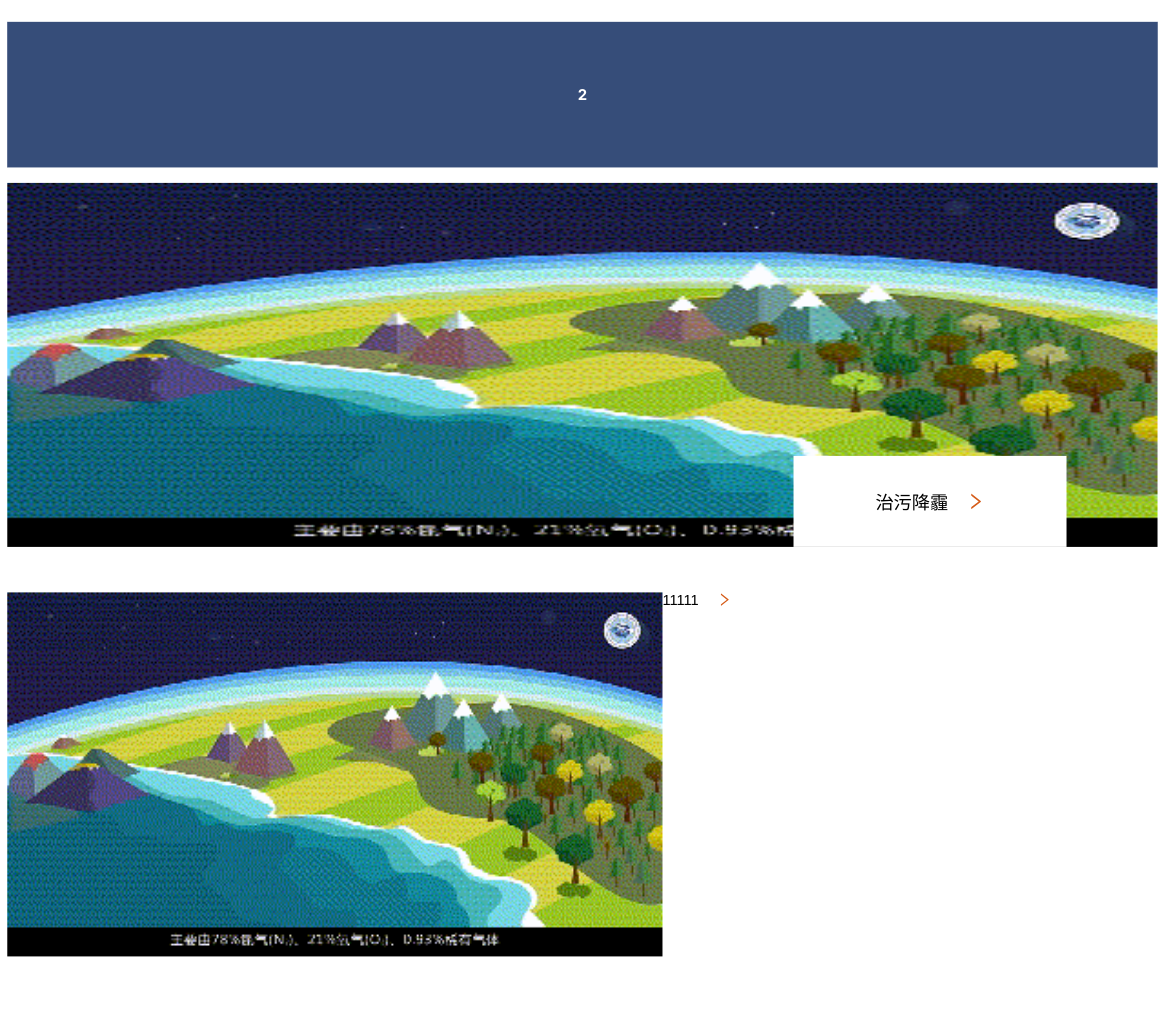
Repository: samllbin/summerWeb
Page: /
These files come from the project's save history. The page is drawn as it stood at one moment and after the next save; the edit follows.
The browser window is 1280 px wide. The pictures show the whole page, at 91% of full size.
The project was rebuilt for these pictures with package versions that can differ from the ones it lists, and the page was loaded fresh each time. Also part of the build but not shown: vite.config.js, components/menu/config.js, components/menu/MenuTab.jsx, components/content/index.module.css, components/content/index.jsx.

Above is the page before, as saved 2024-07-22 15:58:24.

### src/App.jsx
import React, { useState } from "react";
import style from "./assets/index.module.css";
import Carousel from "@components/carousel/index";
import MenuTab from "@components/menu/MenuTab";
import Content from "@components/content";
import Article from "@components/article";

export default function App() {
  const [current, setCurrent] = useState("1");
  return (
    <div>
      <Carousel />
      <div className={style.layout}>
        {/* <MenuTab setCurrent={setCurrent} current={current} /> */}
        {/* <Content /> */}
        <Article type={"all"} />
        <Article type={"right"} />
      </div>
    </div>
  );
}

### src/assets/index.module.css
.layout {
  display: flex;
  flex-direction: column;
}

### components/carousel/index.jsx
import React from "react";
import { Carousel } from "antd";
import style from "./index.module.css";

export default function carousel() {
  return (
    <Carousel autoplay>
      <div>
        <h3 className={style.contentStyle}>1</h3>
      </div>
      <div>
        <h3 className={style.contentStyle}>2</h3>
      </div>
      <div>
        <h3 className={style.contentStyle}>3</h3>
      </div>
      <div>
        <h3 className={style.contentStyle}>4</h3>
      </div>
    </Carousel>
  );
}

### components/article/index.jsx
import React from "react";
import style from "./index.module.css";
import { RightOutlined } from "@ant-design/icons";

export default function Article({ type, imgURL, title }) {
  return (
    <div className={style.layout}>
      {type === "all" ? (
        <div className={style.allLayout}>
          <img
            src="../../public/大气组成.png"
            alt="article"
            className={style.allImage}
          />
          <div className={style.allTitle}>
            治污降霾
            <RightOutlined style={{ color: "#d55c19", marginLeft: 20 }} />
          </div>
        </div>
      ) : type === "right" ? (
        <div className={style.rightLayout}>
          <img
            src="../../public/大气组成.png"
            alt=""
            className={style.rightImage}
          />
          <div className={style.rightTitle}>
            11111
            <RightOutlined style={{ color: "#d55c19", marginLeft: 20 }} />
          </div>
        </div>
      ) : (
        <div></div>
      )}
    </div>
  );
}

### components/carousel/index.module.css
.contentStyle {
  height: 160px;
  color: #fff;
  line-height: 160px;
  text-align: center;
  background: #364d79;
}

### components/article/index.module.css
.layout {
  display: flex;
  font-family: "宋体", sans-serif;
  margin-bottom: 50px;
  height: 400px;
  width: 100%;
}
.allLayout {
  display: flex;
  position: relative;
  width: 100%;
}
.allImage {
  width: 100%;
}

.allTitle {
  display: flex;
  align-items: center;
  justify-content: center;
  position: absolute;
  right: 100px;
  bottom: 0;
  background-color: #fff;
  width: 300px;
  height: 100px;
  font-size: 20px;
  font-weight: 500;
  cursor: pointer;
}

.rightLayout {
  display: flex;
  flex: 1;
}

Loaded but not shown: index.html (common file); src/main.jsx (common file)

After the next save:
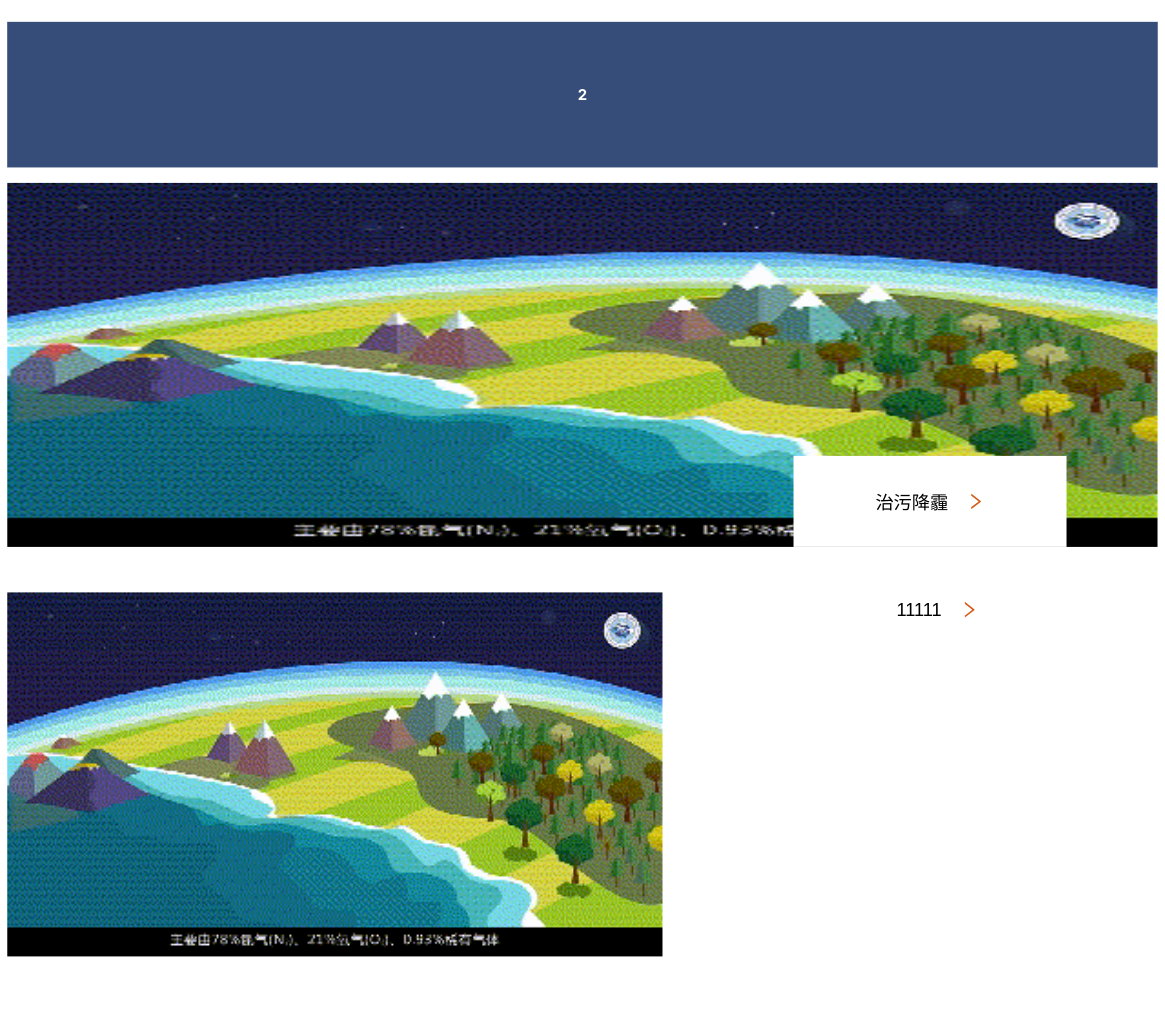
Saved 20 s later.
--- a/components/article/index.module.css
+++ b/components/article/index.module.css
@@ -33,3 +33,18 @@
   display: flex;
   flex: 1;
 }
+
+.rightTitle {
+  display: flex;
+  align-items: center;
+  justify-content: center;
+  position: absolute;
+  right: 100px;
+  bottom: 0;
+  background-color: #fff;
+  width: 300px;
+  height: 100px;
+  font-size: 20px;
+  font-weight: 500;
+  cursor: pointer;
+}
